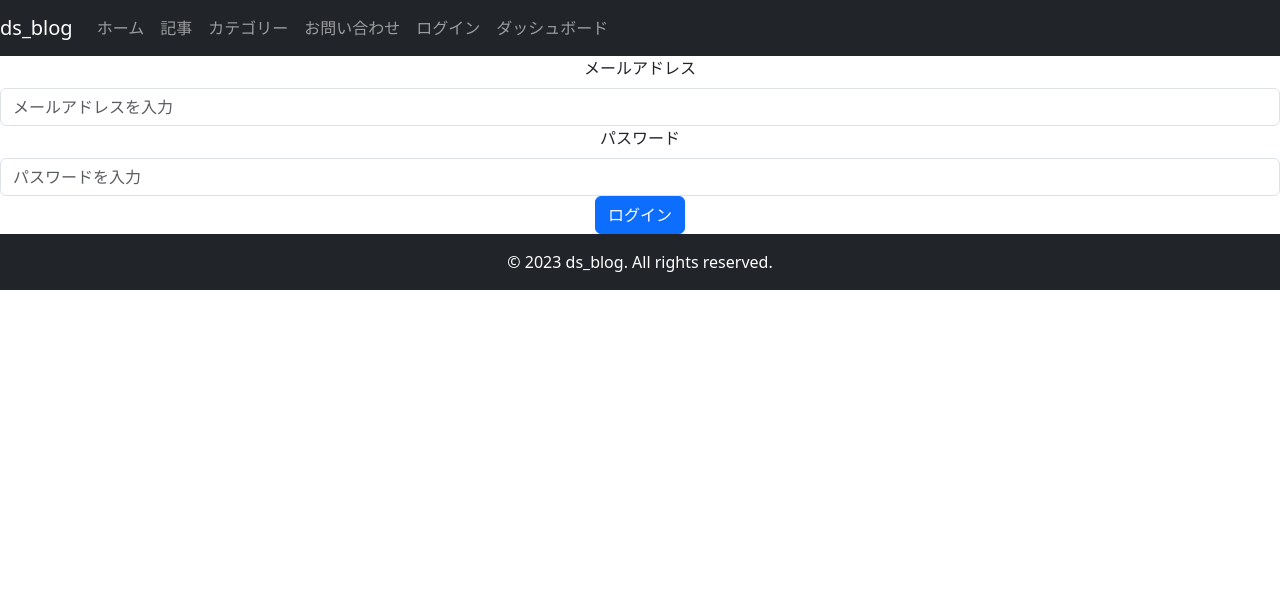
Repository: a-yama100/ds_blog
Page: / (app in frontend/)
The author's editor kept a copy of each file at every save. The page is drawn from the files as they stood at one save, then again after the next save.
The browser window is 1280 px wide. The pictures show the whole page.
The project was rebuilt for these pictures with package versions that can differ from the ones it lists, and the page was loaded fresh each time.

Above is the page before, as saved 2023-10-03 06:27:36.

### frontend/src/index.js
// E:\programming\Project\ds_blog\frontend\src\index.js

import React from 'react';
import ReactDOM from 'react-dom/client';
import './index.css';
import App from './App';
import reportWebVitals from './reportWebVitals';
import 'bootstrap/dist/css/bootstrap.min.css';

const root = ReactDOM.createRoot(document.getElementById('root'));
root.render(
  <React.StrictMode>
    <App />
  </React.StrictMode>
);

reportWebVitals();

### frontend/src/App.js
// E:\programming\Project\ds_blog\frontend\src\App.js

import './App.css';
import React from 'react';
import Header from './components/Header';
import Footer from './components/Footer';
import Login from './components/Login';
import Dashboard from './components/Dashboard';

function App() {
  return (
    <div className="App">
      <Header />
      <Login />
      <Footer />
    </div>
  );
}

export default App;

### frontend/src/components/Header.js
// E:\programming\Project\ds_blog\frontend\src\components\Header.js

import React from 'react';
import { Navbar, Nav } from 'react-bootstrap';

const Header = () => {
    return (
        <Navbar bg="dark" variant="dark" expand="lg">
            <Navbar.Brand href="/">ds_blog</Navbar.Brand>
            <Navbar.Toggle aria-controls="basic-navbar-nav" />
            <Navbar.Collapse id="basic-navbar-nav">
                <Nav className="mr-auto">
                    <Nav.Link href="/">ホーム</Nav.Link>
                    <Nav.Link href="/articles">記事</Nav.Link>
                    <Nav.Link href="/categories">カテゴリー</Nav.Link>
                    <Nav.Link href="/contact">お問い合わせ</Nav.Link>
                </Nav>
                <Nav className="ml-auto">
                    <Nav.Link href="/login">ログイン</Nav.Link>
                    <Nav.Link href="/dashboard">ダッシュボード</Nav.Link>
                </Nav>
            </Navbar.Collapse>
        </Navbar>
    );
}

export default Header;

### frontend/src/components/Footer.js
// E:\programming\Project\ds_blog\frontend\src\components\Footer.js

import React from 'react';

const Footer = () => {
    return (
        <footer className="text-center py-3 bg-dark text-white">
            &copy; 2023 ds_blog. All rights reserved.
        </footer>
    );
}

export default Footer;

### frontend/src/components/Login.js
// E:\programming\Project\ds_blog\frontend\src\components\Login.js

import React, { useState } from 'react';
import { Form, Button } from 'react-bootstrap';

const Login = () => {
    const [email, setEmail] = useState('');
    const [password, setPassword] = useState('');

    const handleSubmit = async (e) => {
        e.preventDefault();
        try {
            const response = await fetch('/users/login', {
                method: 'POST',
                headers: {
                    'Content-Type': 'application/json'
                },
                body: JSON.stringify({ email, password })
            });
            const data = await response.json();

            if (response.status === 200) {
                console.log("ログイン成功:", data);
                // ここでセッションやトークンを保存する処理を追加
            } else {
                console.error("ログイン失敗:", data.error);
            }
        } catch (error) {
            console.error("エラー:", error);
        }
    }

    return (
        <div className="login-form">
            <Form onSubmit={handleSubmit}>
                <Form.Group controlId="formBasicEmail">
                    <Form.Label>メールアドレス</Form.Label>
                    <Form.Control type="email" placeholder="メールアドレスを入力" value={email} onChange={e => setEmail(e.target.value)} />
                </Form.Group>

                <Form.Group controlId="formBasicPassword">
                    <Form.Label>パスワード</Form.Label>
                    <Form.Control type="password" placeholder="パスワードを入力" value={password} onChange={e => setPassword(e.target.value)} />
                </Form.Group>

                <Button variant="primary" type="submit">
                    ログイン
                </Button>
            </Form>
        </div>
    );
}

export default Login;

### frontend/src/components/Dashboard.js
// E:\programming\Project\ds_blog\frontend\src\components\Dashboard.js

import React from 'react';
import { Button, Container, Row, Col } from 'react-bootstrap';

const Dashboard = () => {
    return (
        <Container>
            <h2>管理者ダッシュボード</h2>
            <Row className="mt-5">
                <Col md={4}>
                    <Button href="/create-article" variant="primary" size="lg" block>記事の投稿</Button>
                    <Button href="/articles" variant="primary" size="lg" block>投稿記事一覧</Button>
                </Col>
                <Col md={4}>
                    <Button href="/categories" variant="primary" size="lg" block>カテゴリー一覧</Button>
                    <Button href="/add-category" variant="primary" size="lg" block>カテゴリーの追加</Button>
                </Col>
                <Col md={4}>
                    <Button href="/upload-ebook" variant="primary" size="lg" block>電子書籍アップロード</Button>
                    <Button href="/ebooks" variant="primary" size="lg" block>アップロード済み一覧</Button>
                </Col>
            </Row>
            <Row className="mt-5">
                <Col md={6}>
                    <Button href="/edit-profile" variant="secondary" size="lg" block>管理者情報の変更</Button>
                </Col>
                <Col md={6}>
                    <Button href="/logout" variant="danger" size="lg" block>ログアウト</Button>
                </Col>
            </Row>
        </Container>
    );
}

export default Dashboard;

Loaded but not shown: frontend/public/index.html (common file); frontend/src/index.css (common file); frontend/src/reportWebVitals.js (common file); frontend/src/App.css (common file)

After the next save:
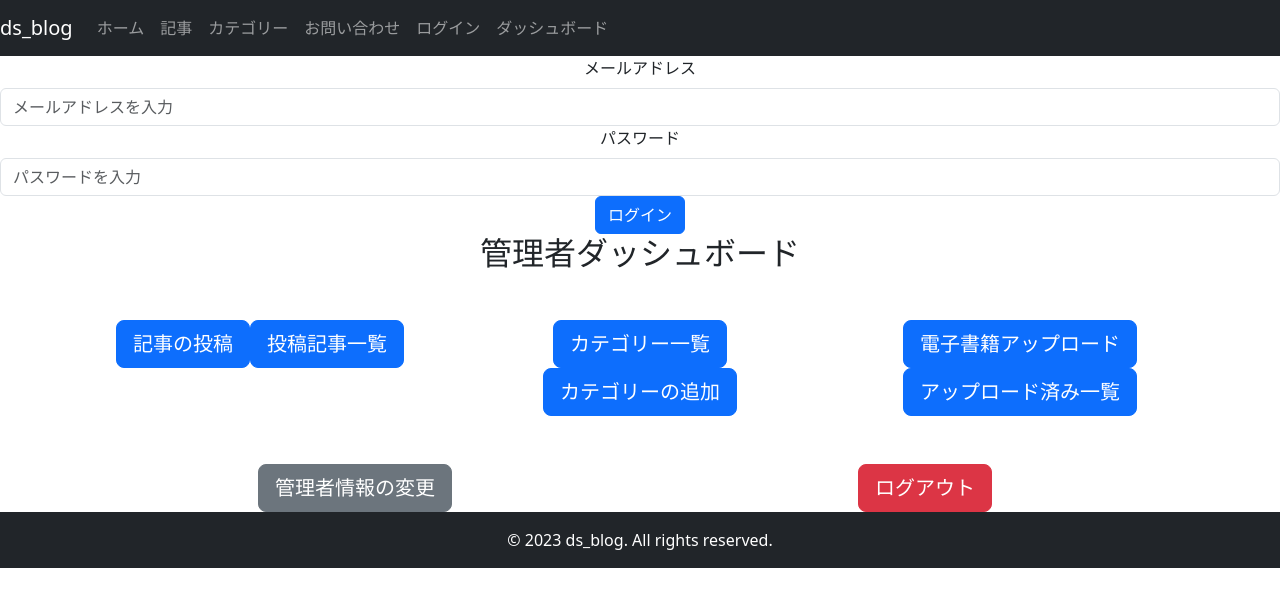
Saved 12 s later.
--- a/frontend/src/App.js
+++ b/frontend/src/App.js
@@ -12,6 +12,7 @@
     <div className="App">
       <Header />
       <Login />
+      <Dashboard />
       <Footer />
     </div>
   );
